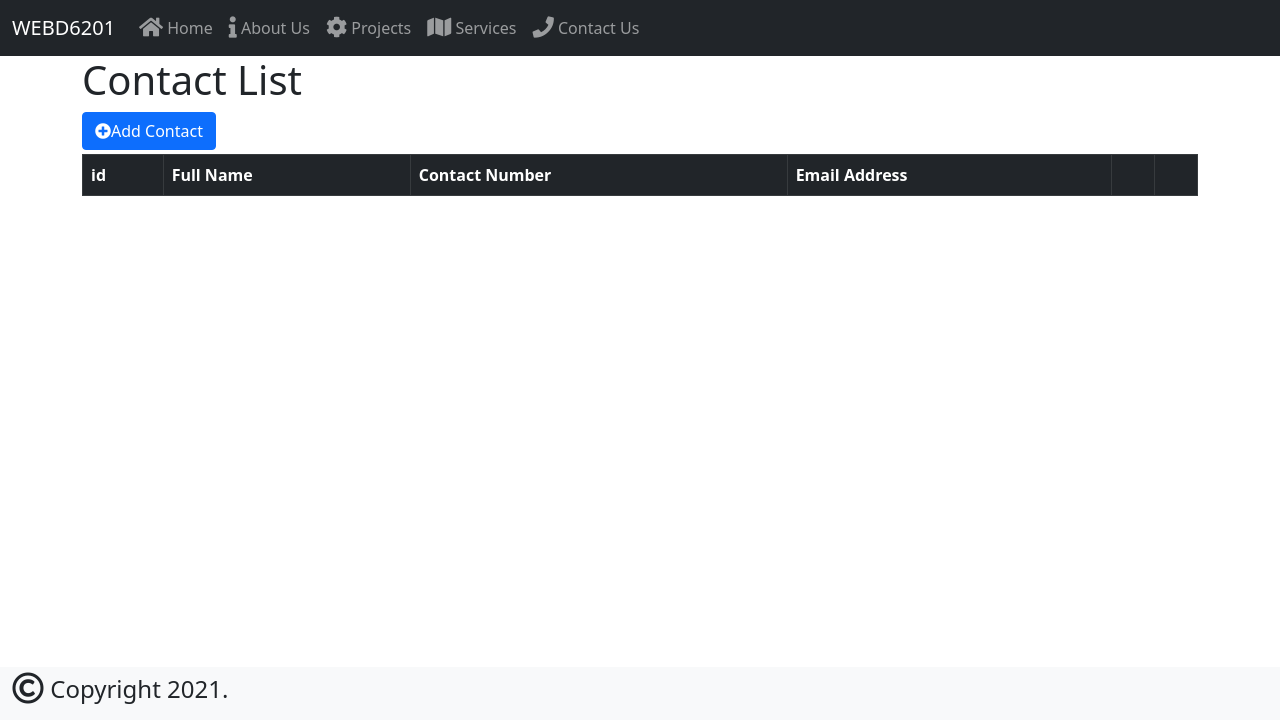
Repository: aphim/webd6201ICE6
Page: contact-list.html
These files come from the project's save history. The page is drawn as it stood at one moment and after the next save; the edit follows.
The browser window is 1280 px wide. The pictures show the whole page.

Above is the page before, as saved 2021-02-10 10:05:26.

After the next save:
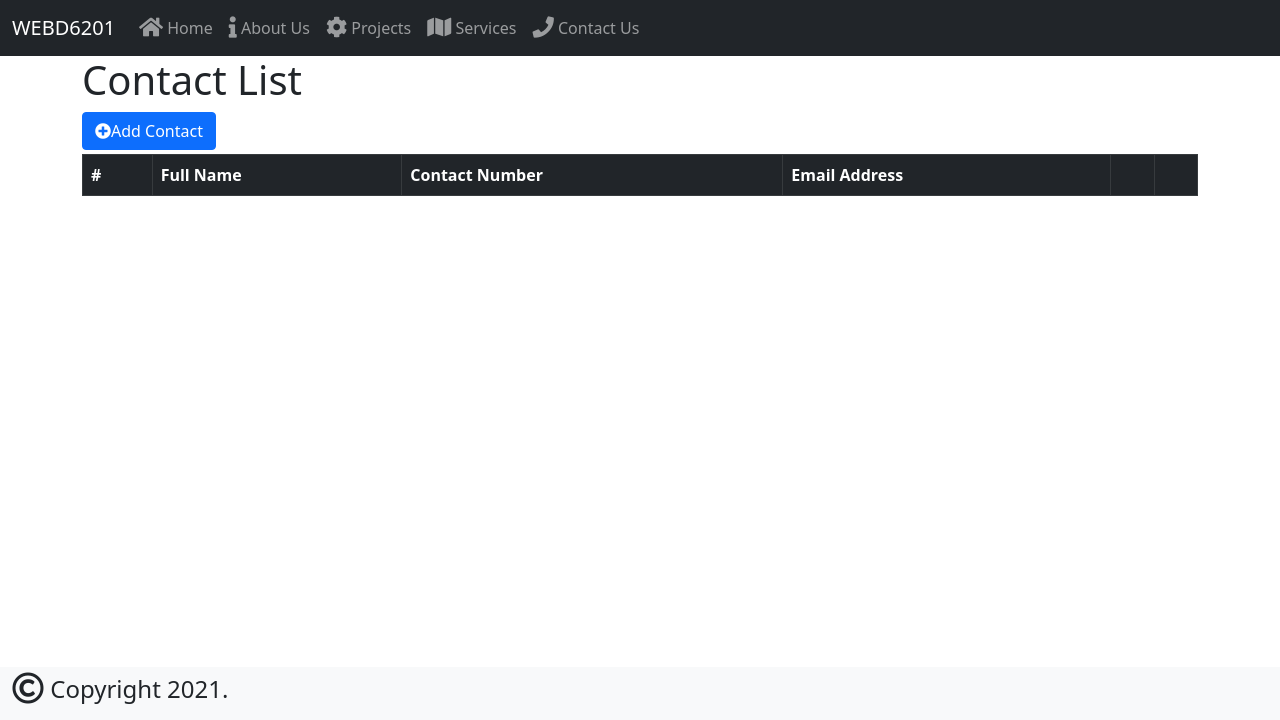
Saved 42 s later.
--- a/contact-list.html
+++ b/contact-list.html
@@ -58,7 +58,7 @@
             <table class="table table-striped table-bordered table-hover">
               <thead class="table-dark">
                 <tr>
-                  <th scope="col">id</th>
+                  <th scope="col">#</th>
                   <th scope="col">Full Name</th>
                   <th scope="col">Contact Number</th>
                   <th scope="col">Email Address</th>
